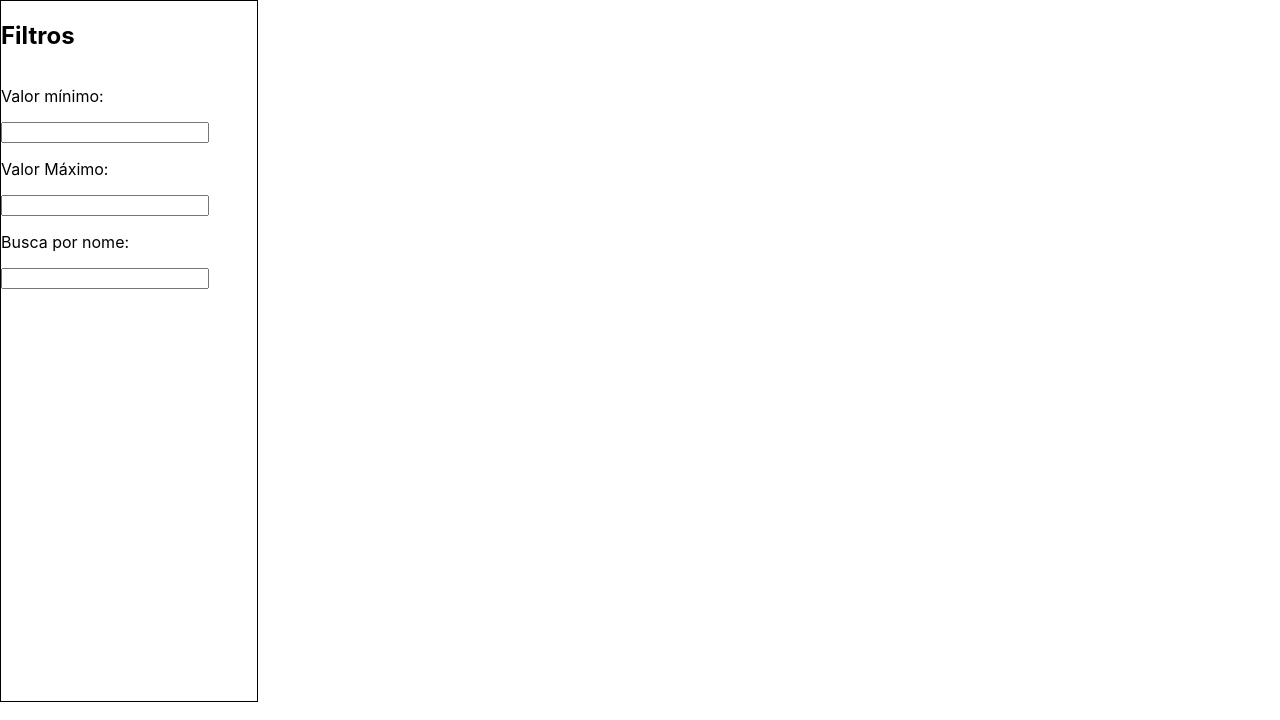
Repository: future4code/Shaw-labe-commerce9
Page: /
An editor plug-in stored every save of this project. The page is shown before and after the next save, followed by the edit.
The browser window is 1280 px wide. The pictures show the whole page.
The project was rebuilt for these pictures with package versions that can differ from the ones it lists, and the page was loaded fresh each time. Also part of the build but not shown: src/App.css.

Above is the page before, as saved 2022-03-30 16:33:31.

After the next save:
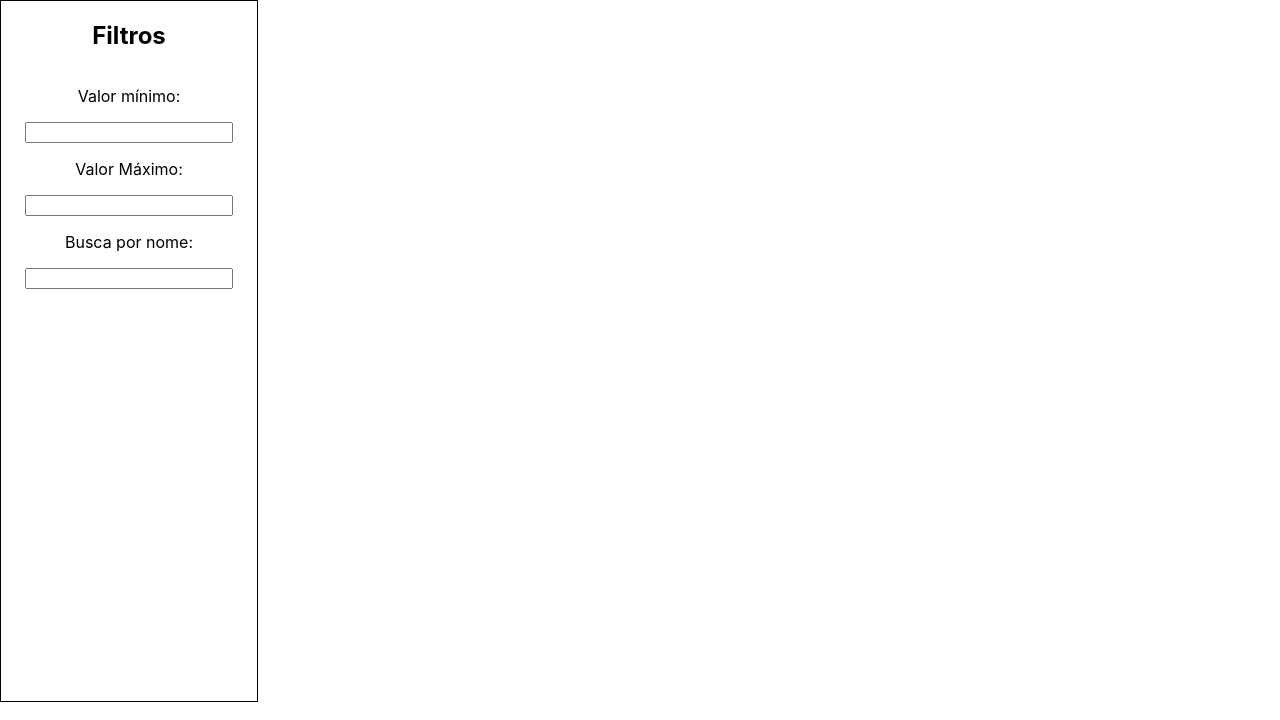
Saved 2 min 19 s later.
--- a/src/components/filtro.jsx
+++ b/src/components/filtro.jsx
@@ -9,10 +9,11 @@ justify-content: flex-start;
 width: 20%;
 border: 1px solid black;
 height:700px;
+align-items: center;
 
 input{
     width: 200px;
-    justify-content: center;
+
 }
 
 `
